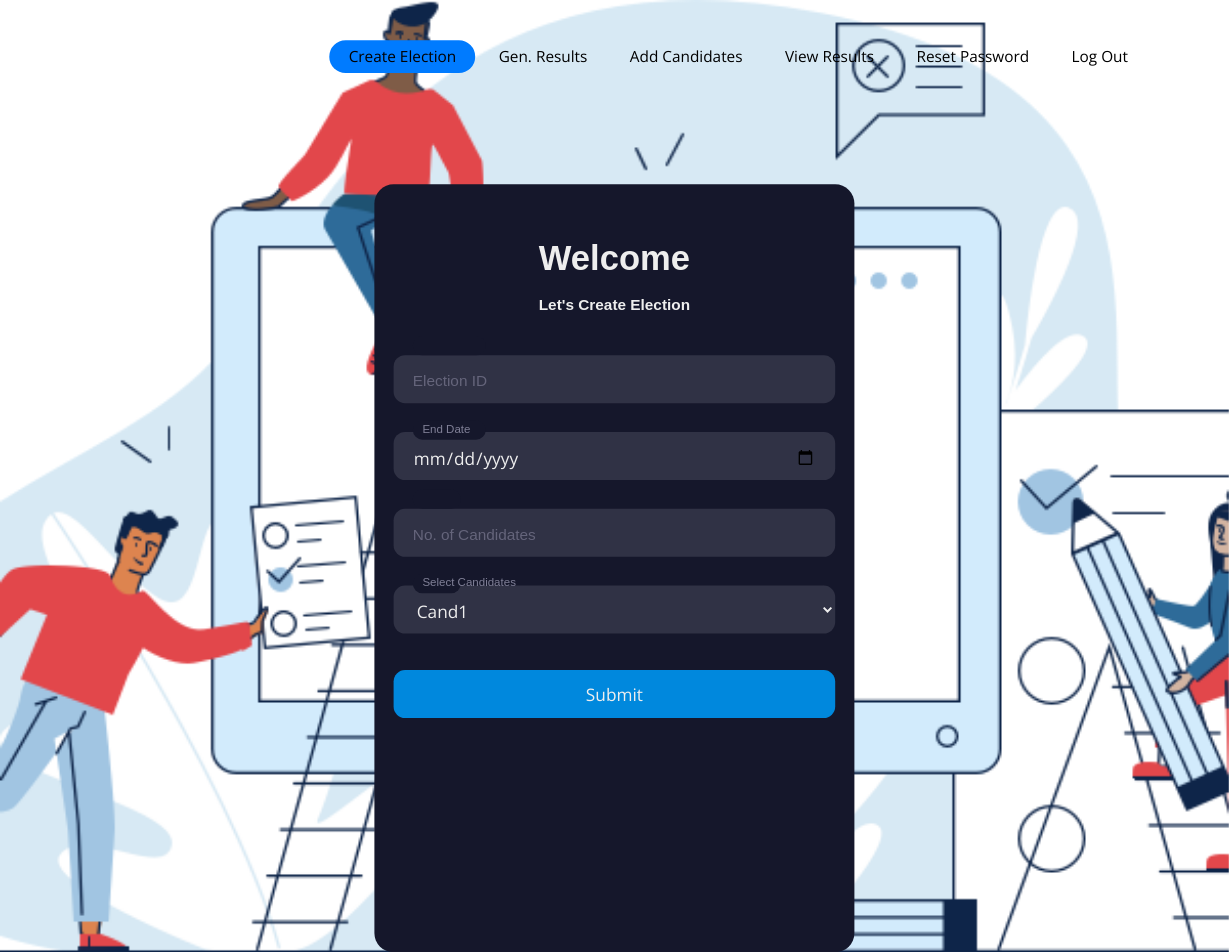
Repository: CS699-IITB-Autumn-2021/project-alpha_team
Page: http://localhost/genResult.html
The author's editor kept a copy of each file at every save. The page is drawn from the files as they stood at one save, then again after the next save.
The browser window is 1280 px wide. The pictures show the whole page, at 96% of full size.
The page is served by the project's application, run on Flask 3 (app.py).

Above is the page before, as saved 2021-10-26 13:08:57.
Console error: ReferenceError: $ is not defined

### IVote/templates/genResult.html
<!doctype html>
<html lang="en">

<head>
  <!-- Required meta tags -->
  <meta charset="utf-8">
  <meta name="viewport" content="width=device-width, initial-scale=1, shrink-to-fit=no">

  <link href="https://fonts.googleapis.com/css?family=Open+Sans:300,400,700" rel="stylesheet">

  <link rel="stylesheet" href="static/fonts/icomoon/style.css">

  <link rel="stylesheet" href="static/css/owl.carousel.min.css">

  <!-- Bootstrap CSS -->
  <link rel="stylesheet" href="static/css/bootstrap.min.css">

  <!-- Style -->
  <link rel="stylesheet" href="static/css/style.css">

  <title>Admin</title>
</head>

<body>


  <div class="site-mobile-menu">
    <div class="site-mobile-menu-header">
      <div class="site-mobile-menu-close mt-3">
        <span class="icon-close2 js-menu-toggle"></span>
      </div>
    </div>
    <div class="site-mobile-menu-body"></div>
  </div>

  <header class="site-navbar" role="banner">

    <div class="container">
      <div class="row align-items-center">

        <div class="col-11 col-xl-2">
          <h1 class="mb-0 site-logo"><a href="admin.html" class="text-white mb-0">iVote</a></h1>
        </div>
        <div class="col-12 col-md-10 d-none d-xl-block">
          <nav class="site-navigation position-relative text-right" role="navigation">

            <ul class="site-menu js-clone-nav mr-auto d-none d-lg-block">
              <li class="active"><a href="admin.html"><span>Create Election</span></a></li>
              <li><a href="/logout"><span>Gen. Results</span></a></li>
              <li><a href="addcandidate.html"><span>Add Candidates</span></a></li>
              <li><a href="results.html"><span>View Results</span></a></li>
              <li><a href="forgotPassword.html"><span>Reset Password</span></a></li>
              <li><a href="/logout"><span>Log Out</span></a></li>
            </ul>
          </nav>
        </div>


        <div class="d-inline-block d-xl-none ml-md-0 mr-auto py-3" style="position: relative; top: 3px;"><a href="#"
            class="site-menu-toggle js-menu-toggle text-white"><span class="icon-menu h3"></span></a></div>

      </div>

    </div>
    </div>

  </header>

  <div class="hero" style="background-image: url('static/images/hero.9dd292ee.png');"></div>
  <div class="position" align="center">
    <div class="form">
      <div class="title">Welcome</div>
      <div class="subtitle">Let's Create Election</div>
      <div class = "message">
        {% if msg %}
        {{msg}}
        {% endif %}
      </div>
      <form action="/admin.html" method="POST">
        <div class="input-container ic1">
          <input id="id" class="input" type="number" name="id" min="0" placeholder=" " />
          <div class="cut"></div>
          <label for="id" class="placeholder">Election ID</label>
        </div>

        <div class="input-container ic2">
          <input id="date" class="input" type="date" name="enddate" placeholder=" " />
          <div class="cut"></div>
          <label for="date" class="placeholder">End Date</label>
        </div>
        <div class="input-container ic2">
          <input id="candidate" class="input" name="numcand" type="number" min="0" placeholder=" " />
          <div class="cut cut-short"></div>
          <label for="candidate" class="placeholder">No. of Candidates </label>
        </div>
        <div class="input-container ic2">
          <select id="select" class="mul" name="select" placeholder=" ">
            <option value="Cand1">Cand1</option>
            <option value="Cand2">Cand2</option>
            <option value="Cand3">Cand3</option>
            <option value="Cand4">Cand4</option>
          </select>
          <div class="cut cut-short"></div>
          <label for="select" class="placeholder">Select Candidates </label>
        </div>
        <button type="submit" class="submit" value="Submit">Submit</button>
      </form>
    </div>
  </div>


  <script type="text/javascript">
    $('#select').multiselect();
  </script>
  <script src="static/js/jquery-3.3.1.min.js"></script>
  <script src="static/js/popper.min.js"></script>
  <script src="static/js/bootstrap.min.js"></script>
  <script src="static/js/jquery.sticky.js"></script>
  <script src="static/js/main.js"></script>
</body>

</html>

### IVote/app.py
from posixpath import lexists
import sqlite3
import os.path
from flask import Flask, render_template, request,redirect,session
from flask.helpers import url_for
from datetime import date
from datetime import datetime
from pathlib import Path
from werkzeug.utils import redirect

app = Flask(__name__)
app.secret_key="ivote"

conn = sqlite3.connect("ivote.db")
c = conn.cursor()
c.execute("CREATE TABLE IF NOT EXISTS Voters(name TEXT,email TEXT,cardno TEXT,password TEXT,voted TEXT)")
c.execute("CREATE TABLE IF NOT EXISTS admin(email TEXT,password TEXT)")
c.execute("CREATE TABLE IF NOT EXISTS election(electionid INTEGER,topic TEXT,startdate TEXT,enddate TEXT,numcand INTEGER,candidate TEXT)")
c.execute("CREATE TABLE IF NOT EXISTS candidate(name TEXT,electionid INTEGER,candidateid TEXT,age INTEGER,mobno INTEGER,email TEXT)")
c.execute("CREATE TABLE IF NOT EXISTS result(election_id Text,cand_id Text, noofvotes Number)")
c.execute("SELECT electionid FROM election")
r = c.fetchall()
for i in r:
    fle = Path("static/blockchain/"+str(i[0])+".txt")
    c.execute("CREATE TABLE IF NOT EXISTS election"+str(i[0])+"(secret_code TEXT ,name_of_blockchain TEXT,voter_id TEXT,vote_given TEXT)")
    fle.touch(exist_ok=True)
    f = open(fle)

conn.commit()
conn.close()


@app.route('/',methods=['GET','POST'])
def login():
    r = ""
    if request.method=="POST":
        email = request.form["email"]
        password = request.form["password"]
        conn = sqlite3.connect("ivote.db")
        c = conn.cursor()
        c.execute("SELECT * FROM Voters WHERE email='"+email+"' and password='"+password+"'")
        r = c.fetchall()
        for i in r:
            if email==i[1] and password == i[3]:
                #session[]
                return redirect(url_for("voter"))

    return render_template('home.html')


@app.route('/signup.html',methods=['GET','POST'])
def signup():
    if request.method=="POST":
        name = request.form["name"]
        email = request.form["email"]
        cardno = request.form["id"]
        password = request.form["password"]
        confirm = request.form["confirm"]
        if password==confirm:
            conn = sqlite3.connect("ivote.db")
            c = conn.cursor()
            c.execute("INSERT INTO Voters VALUES('"+name+"','"+email+"','"+cardno+"','"+password+"')")
            conn.commit()
            conn.close()
            return  render_template('login.html')
    return  render_template('signup.html')

@app.route('/Login.html',methods=['GET','POST'])
def adminlogin():
    r = ""
    if request.method=="POST":
        email = request.form["email"]
        password = request.form["password"]
        conn = sqlite3.connect("ivote.db")
        c = conn.cursor()
        c.execute("SELECT * FROM admin WHERE email='"+email+"' and password='"+password+"'")
        r = c.fetchall()
        for i in r:
            if email==i[0] and password == i[1]:
                return redirect(url_for("admin"))
    return  render_template('Login.html')


@app.route('/forgotPassword.html',methods=['GET','POST'])
def forgot():
    return  render_template('forgotPassword.html')


@app.route('/admin.html',methods = ['GET','POST'])
def admin():
    msg = None
    if request.method=="POST":
        id = request.form['id']
        topic = request.form['topic']
        start = request.form['startdate']
        end = request.form['enddate']
        numcand = request.form['numcand']
        select = request.form['select']
        conn = sqlite3.connect("ivote.db")
        c = conn.cursor()
        c.execute("SELECT * from election WHERE electionid = '"+id+"'")
        r = c.fetchall()
        if len(r)>=1:
            msg = "Election with this id already exist"
        else :
            c.execute("INSERT INTO election VALUES('"+id+"','"+topic+"','"+start+"','"+end+"','"+numcand+"','"+select+"')")
            conn.commit()
            conn.close()
            msg = "Election created"
    return render_template('admin.html',msg = msg)

@app.route("/addcandidate.html",methods = ['GET','POST'])
def add():
    if request.method=="POST":
        name = request.form['name1']
        id = request.form['id']
        candid = request.form['candid']
        age = request.form['age']
        mobile = request.form['mobile']
        email = request.form['email']
        conn = sqlite3.connect("ivote.db")
        c = conn.cursor()
        c.execute("INSERT INTO candidate VALUES('"+name+"','"+id+"','"+candid+"','"+age+"','"+mobile+"','"+email+"')")
        conn.commit()
        conn.close()
    return render_template('addcandidate.html')



@app.route("/results.html",methods=['GET','POST'])
def result():
    msg = None
    print("Working")
    if request.method=="POST":

        id = request.form['id']
        conn = sqlite3.connect("ivote.db")
        c = conn.cursor()
        c.execute("SELECT * from election WHERE electionid = '"+id+"'")
        r = c.fetchall()
        if len(r) >= 1:
            print("Working")
            return redirect(url_for("viewresults",id = id))

        else:
            msg = "Please enter correct ID"
    return render_template('results.html',msg = msg)

@app.route("/election",methods=['GET','POST'])
def election():
    id = request.form.get("id",None)
    return render_template('election.html')


@app.route("/voter.html",methods=['GET','POST'])
def voter():
    if request.method=="POST":
        id = request.form['id']
        conn = sqlite3.connect("ivote.db")
        c = conn.cursor()
        c.execute("SELECT * from election WHERE electionid = '"+id+"'")
        r = c.fetchall()
        if len(r) >= 1:
            return redirect(url_for("election",id = id))
    return render_template('voter.html')

@app.route("/voterresult.html")
def results():
    msg = None
    print("Working")
    if request.method=="POST":

        id = request.form['id']
        conn = sqlite3.connect("ivote.db")
        c = conn.cursor()
        c.execute("SELECT * from election WHERE electionid = '"+id+"'")
        r = c.fetchall()
        if len(r) >= 1:
            print("Working")
            return redirect(url_for("viewresults",id = id))

        else:
            msg = "Please enter correct ID"
    return render_template("voterresult.html",msg=msg)


@app.route("/view",methods=["GET","POST"])
def viewresults():
    id = request.form.get('id',None)
    print(id)
    return render_template("view.html")


@app.route("/logout")
def logout():
    return redirect(url_for("login "))

@app.route("/genResult.html",methods=["GET","POST"])
def genresult():
    return render_template("genResult.html")

@app.route("/viewblockchain.html")
def viewblockchain():
    conn = sqlite3.connect("ivote.db")
    c = conn.cursor()
    c.execute("SELECT electionid FROM election")
    r = c.fetchall()
    allbc=[]
    for i in r:
        fle = Path("static/blockchain/"+str(i[0])+".txt")
        allbc.append("static/blockchain/"+str(i[0])+".txt")
        fle.touch(exist_ok=True)
        f = open(fle)
    conn.commit()
    conn.close()
    return render_template('viewblockchain.html',allbc=allbc,r=r)
if __name__=="__main__":
    app.run(debug=True)

### IVote/static/blockchain/1.txt
dsfef

### IVote/static/blockchain/2.txt


 id=1234
 myhash=967507e9a11d0e896d3ba906af89534cd4bd4ee4252bc8703def6f363402cd26
 prevhash=0
 time=Wed Oct 27 14:02:54 2021

 id=123455
 myhash=95343ca67e3e242d9cf5d56a87234376eb2e5b5792e8c636fbdfd39655d0117f
 prevhash=967507e9a11d0e896d3ba906af89534cd4bd4ee4252bc8703def6f363402cd26
 time=Wed Oct 27 14:04:32 2021

### IVote/static/blockchain/5.txt


 id=123455
 myhash=b0814f664ae2543f1c75914ef42a36e5a659c1bbb252c5f9f642836df09e2d6b
 prevhash=0
 time=Wed Oct 27 14:17:14 2021

Loaded but not shown: IVote/static/fonts/icomoon/style.css (common file); IVote/static/css/owl.carousel.min.css (library); IVote/static/css/bootstrap.min.css (library); IVote/static/js/jquery-3.3.1.min.js (library); IVote/static/js/popper.min.js (library); IVote/static/js/bootstrap.min.js (library); IVote/static/js/jquery.sticky.js (library); IVote/static/js/main.js (88 lines, source omitted); IVote/static/css/style.css (492 lines, source omitted)

After the next save:
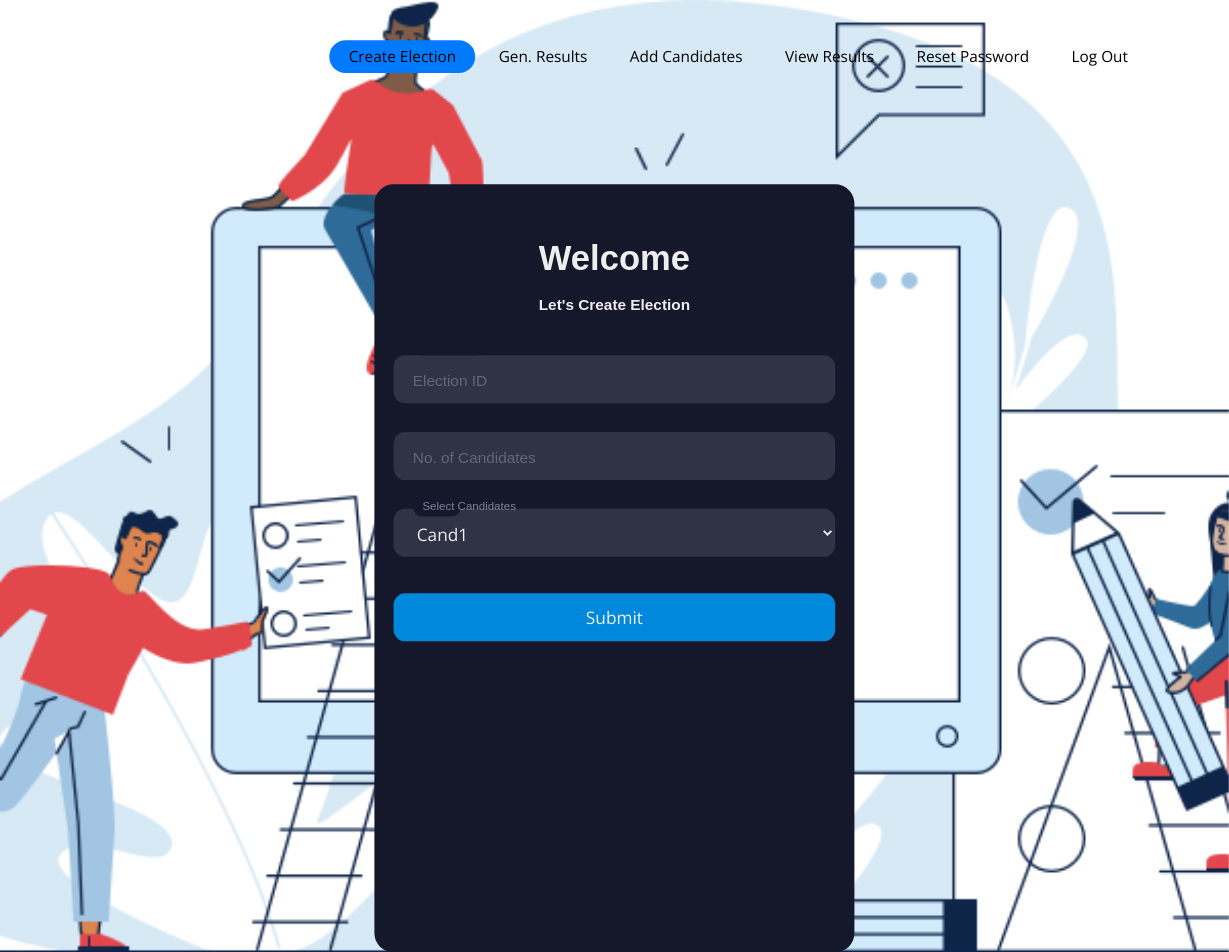
Saved 14 s later.
--- a/IVote/templates/genResult.html
+++ b/IVote/templates/genResult.html
@@ -82,12 +82,6 @@
           <div class="cut"></div>
           <label for="id" class="placeholder">Election ID</label>
         </div>
-
-        <div class="input-container ic2">
-          <input id="date" class="input" type="date" name="enddate" placeholder=" " />
-          <div class="cut"></div>
-          <label for="date" class="placeholder">End Date</label>
-        </div>
         <div class="input-container ic2">
           <input id="candidate" class="input" name="numcand" type="number" min="0" placeholder=" " />
           <div class="cut cut-short"></div>
